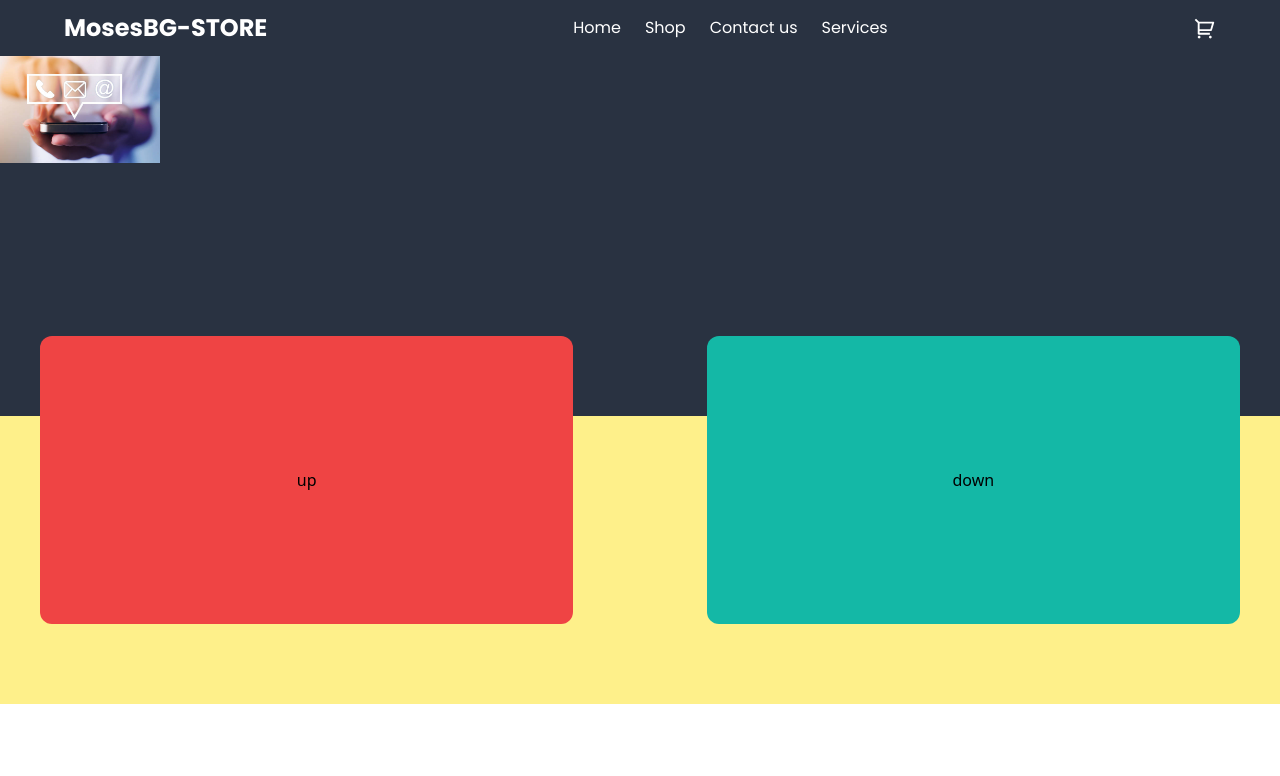
Repository: moshebengan/cart
Page: /fake-store/contact-us
An editor plug-in stored every save of this project. The page is shown before and after the next save, followed by the edit.
The browser window is 1280 px wide. The pictures show the whole page.
The project was rebuilt for these pictures with package versions that can differ from the ones it lists, and the page was loaded fresh each time. Also part of the build but not shown: vite.config.js, src/components/Error.jsx, src/utils/data.js, src/utils/apiCalls.js, src/components/Loading.jsx, src/components/Products.jsx, src/components/Footer.jsx, src/pages/HomePage.jsx and 5 more.

Above is the page before, as saved 2024-09-15 15:53:15.

### index.html
<!DOCTYPE html>
<html lang="en">
  <head>
    <meta charset="UTF-8" />
    <link rel="icon" type="image/svg+xml" href="/vite.svg" />
    <meta name="viewport" content="width=device-width, initial-scale=1.0" />
    <link rel="preconnect" href="https://fonts.googleapis.com" />
    <link rel="preconnect" href="https://fonts.gstatic.com" crossorigin />
    <link
      href="https://fonts.googleapis.com/css2?family=Poppins:ital,wght@0,100;0,200;0,300;0,400;0,500;0,600;0,700;0,800;0,900;1,100;1,200;1,300;1,400;1,500;1,600;1,700;1,800;1,900&display=swap"
      rel="stylesheet"
    />
    <title>MosesBG-SHOP</title>
  </head>
  <body>
    <div id="root"></div>
    <script type="module" src="/src/main.jsx"></script>
  </body>
</html>

### src/main.jsx
import { StrictMode } from 'react'
import { createRoot } from 'react-dom/client'

import './index.css'
import { createBrowserRouter, RouterProvider } from 'react-router-dom'
import routes from './routes.jsx'

const router = createBrowserRouter(routes)

createRoot(document.getElementById('root')).render(
  <StrictMode>
    <RouterProvider router={router} />
  </StrictMode>,
)

### src/index.css
@tailwind base;
@tailwind components;
@tailwind utilities;

body,
html {
  height: 100%;
  width: 100%;
}

.container {
  width: 90%;
  margin: auto;
}

### src/routes.jsx
import Error from "./components/Error";
import ContactUs from "./pages/ContactUs";
import HomePage from "./pages/HomePage";
import MyCart from "./pages/MyCart";
import NavigationBar from "./pages/NavigationBar";
import ShopPage from "./pages/ShopPage";


const routes = [
	{
		path: '/fake-store',
		element: <NavigationBar />,
		children: [
			{
				path:"home",
				element:<HomePage/>,
				errorElement: <Error/>
			},
			{ 	path: 'shop',
				 	element: <ShopPage />,
					errorElement: <Error/>

			},
			{
				path: 'cart',
				element: <MyCart />,
				errorElement: <Error/>
			},
			{
				path:'contact-us',
				element: <ContactUs/>,
				errorElement: <Error />
			}
		]

	},

];

export default routes

### src/pages/ContactUs.jsx


const ContactUs = () => {
  return (
    <div className="w-full h-screen flex flex-col">
    <div className="bg-dark-blue w-full h-[50%] relative">
      <img src="/public/contactus.jpg" alt="" className="w-40 absolute left"  />
      </div>
      <div className="w-full h-[40%] bg-yellow-200 flex flex-row relative">
        <div className="absolute ml-10 w-5/12 h-full bg-red-500 left-0  -top-20 flex items-center justify-center rounded-xl" >up</div>
        <div className="absolute mr-10 w-5/12 h-full bg-teal-500 right-0 -top-20 flex items-center justify-center rounded-xl">down</div>
        {/* <div className="absolute -top-10 left-10 bg-yellow-300 flex-initial w-64">left</div>
        <div className="absolute -top-10 right-10 bg-pink-400 flex-initial w-32 ">right</div> */}
      </div>
      <div className="bg-white w-full h-[10%]"></div>
    </div>
  )
}

export default ContactUs

### src/pages/NavigationBar.jsx
import { useState } from "react";
import { Link, Outlet } from "react-router-dom";
import { IoMdMenu, IoMdClose } from "react-icons/io";
import Cart from "../components/Cart";

const NavigationBar = () => {
  const [isOpen, setIsOpen] = useState(false);
  const [cartItems, setCartItems] = useState(0);

  const openNav = () => {
    setIsOpen(!isOpen);
  };

  const resetNav = () => {
    if (isOpen) setIsOpen(!isOpen);
  };

  return (
    <>
      <div className="w-full bg-dark-blue font-poppins">
        <div className="container">
          <nav className="py-3 flex justify-between items-center text-white">
            <h1 className="font-bold text-2xl">MosesBG-STORE</h1>
            <div className="hidden md:flex gap-6">
              <Link to={"/fake-store/home"}>Home</Link>
              <Link to={"/fake-store/shop"}>Shop</Link>
              <Link to={"/fake-store/contact-us"}>Contact us</Link>
              <Link>Services</Link>
            </div>
            <div className="flex flex-row items-center gap-5">
              <Cart resetNav={resetNav} items={cartItems} />
              <div className="z-50 md:hidden">
                <button className="flex items-center">
                  {isOpen ? (
                    <IoMdClose className="p1" onClick={openNav} />
                  ) : (
                    <IoMdMenu className="p1" onClick={openNav} />
                  )}
                </button>
              </div>
            </div>
          </nav>
          <div
            className={`container text-dark-blue ${
              isOpen ? "block" : "hidden"
            } `}
          >
            <div className="z-40 fixed top-0 left-0 bottom-0 w-full bg-dark-blu opacity-35"></div>
            <nav className="z-50 fixed top-0 left-0 bottom-0 flex flex-col gap-10 w-5/6 max-w-sm py-6 px-6 bg-[#F8F8F8] overflow-y-auto">
              <div>
                <h1 className="font-bold text-3xl">MosesBG-SHOP</h1>
                <hr className="h-px mt-3 bg-gray-200 border-0" />
              </div>
              <div className="flex flex-col gap-5">
                <Link
                  to={"/fake-store"}
                  className="nav-item-hover"
                  onClick={resetNav}
                >
                  Home
                </Link>
                <Link
                  to={"/fake-store/shop"}
                  className="nav-item-hover"
                  onClick={resetNav}
                >
                  Shop
                </Link>
                <Link className="nav-item-hover">Contact Us</Link>
                <Link className="nav-item-hover">Services</Link>
                <hr className="h-px mt-3 bg-gray-200 border-0" />
              </div>
            </nav>
          </div>
        </div>
      </div>
      <div className="h-screen w-auto">
        <Outlet context={[cartItems, setCartItems]} />
      </div>
    </>
  );
};

export default NavigationBar;

### src/components/Cart.jsx
import { RiShoppingCart2Line } from "react-icons/ri";
import { Link } from "react-router-dom";

const Cart = ({ resetNav, items }) => {
  return (
    <Link to={"/fake-store/cart"} onClick={resetNav}>
      <div className="relative">
        <RiShoppingCart2Line size={"1.4em"} />
        <span className="absolute text-xs bg-orange-500 p-0.3 px-1 text-red-50 rounded-full -top-1.5 left-4">
          {items > 0 ? items : ""}
        </span>
      </div>
    </Link>
  );
};

export default Cart;

### tailwind.config.js
/** @type {import('tailwindcss').Config} */
export default {
  content: [
    "./index.html",
    "./src/**/*.{js,ts,jsx,tsx}",
  ],
  theme: {
    fontFamily: {
      poppins: ["Poppins", "sans-serif"]
    },
    extend: {
      backgroundImage: {
        "homepage-image": "url('/public/bghomepage.jpg')",
        "homepage-darker": "url('/public/darkerbg.jpg')",
        "contact-us-image": "url('/public/contactus.jpg')"
      },
      colors: {
      "dark-blue": "#293241"
    },
    keyframes: {
      'fade-in-out': {
        '0%': { opacity: '0', transform: 'scale(0.95)' },
        '100%': { opacity: '1', transform: 'scale(1)' },
      },
    },
    animation: {
      'fade-in-out': 'fade-in-out 0.5s ease-in-out', // Customize duration and easing
    },
  }
  },
  plugins: [],
}

After the next save:
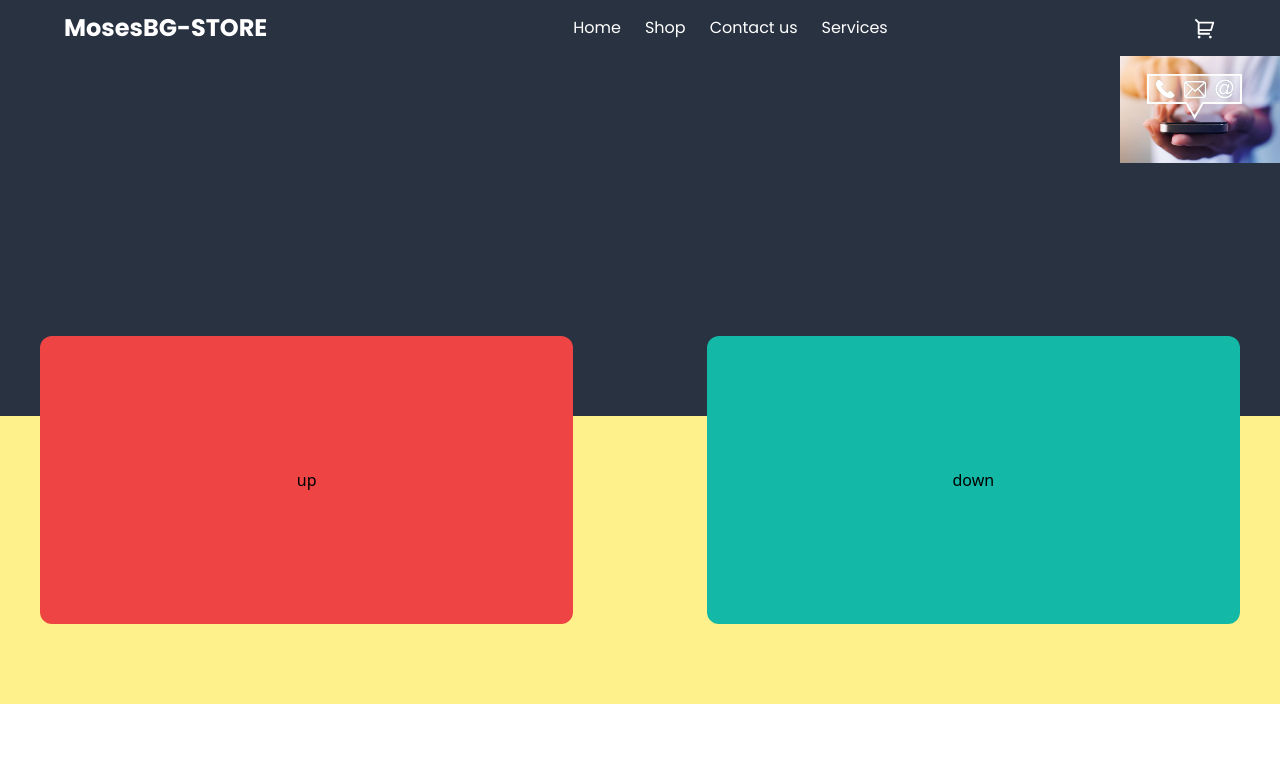
Saved 8 s later.
--- a/src/pages/ContactUs.jsx
+++ b/src/pages/ContactUs.jsx
@@ -4,7 +4,7 @@ const ContactUs = () => {
   return (
     <div className="w-full h-screen flex flex-col">
     <div className="bg-dark-blue w-full h-[50%] relative">
-      <img src="/public/contactus.jpg" alt="" className="w-40 absolute left"  />
+      <img src="/public/contactus.jpg" alt="" className="w-40 absolute right-0"  />
       </div>
       <div className="w-full h-[40%] bg-yellow-200 flex flex-row relative">
         <div className="absolute ml-10 w-5/12 h-full bg-red-500 left-0  -top-20 flex items-center justify-center rounded-xl" >up</div>
